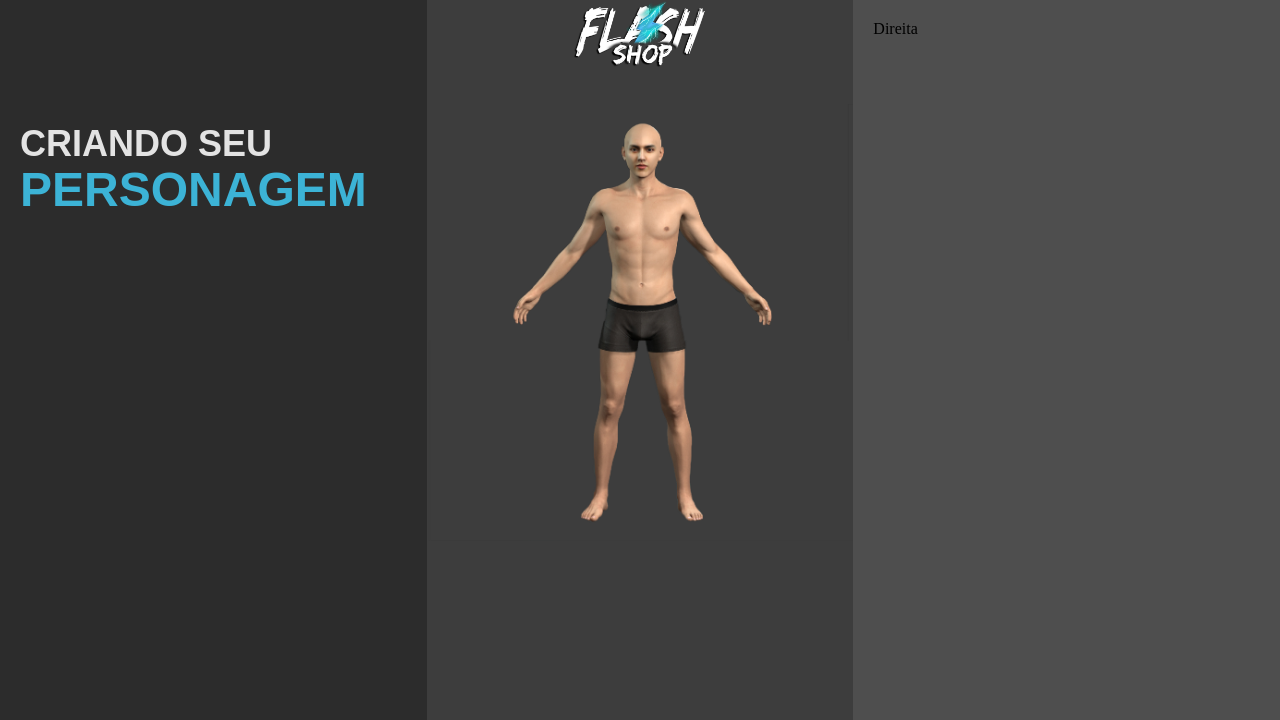
Repository: DuMCorrea/CriandoPerso
Page: index.html
An editor plug-in stored every save of this project. The page is shown before and after the next save, followed by the edit.
The browser window is 1280 px wide. The pictures show the whole page.

Above is the page before, as saved 2024-08-27 20:57:59.

### index.html
<!DOCTYPE html>
<html lang="en">
<head>
    <meta charset="UTF-8">
    <meta name="viewport" content="width=device-width, initial-scale=1.0">
    <title>Dividindo a Tela com Imagens</title>
    <link rel="stylesheet" href="styles.css">
</head>
<body>
    <div class="container">
        <div class="left">
            <h1 class="title">
                <span class="part1">CRIANDO SEU</span>
                <span class="part2">PERSONAGEM</span>
            </h1>
        </div>
        <div class="center">
            <img src="assets/FlashStore 1 (1).png" alt="Imagem 1" class="top-image">
            <img src="assets/boneco 2.png" alt="Imagem 2" class="center-image">
        </div>
        <div class="right">Direita</div>
    </div>
</body>
</html>

### styles.css
body, html {
    margin: 0;
    padding: 0;
    height: 100%;
    display: flex;
    justify-content: center;
    align-items: center;
    background-color: #000; /* Fundo escuro */
}

.container {
    display: flex;
    width: 100%;
    height: 100%;
}

.container > div {
    flex: 1; /* Cada div ocupa 1/3 do espaço disponível */
    height: 100%;
    padding: 20px;
    box-sizing: border-box;
}



/* PARTE ESQUERDA */



.left {
    background-color: #2c2c2c;
    display: flex;
    flex-direction: column;
    justify-content: flex-start;
    align-items: flex-start;
    padding-left: 50px; /* Aumenta a margem esquerda para mover o título mais para a direita */
}

.title {
    margin: 100px 0 0 0; /* Adiciona margem superior para mover o título para baixo */
    padding: 0;
}

.part1 {
    font-family: 'Baloo Bhai', sans-serif;
    font-size: 36px;
    font-weight: 700; /* Aumenta o peso da fonte para deixá-la mais grossa */
    line-height: 48px;
    text-align: left;
    color: #E3E3E3;
    display: block;
    margin-bottom: -10px; /* Reduz a distância entre as duas partes do título */
}

.part2 {
    font-family: 'Baloo Bhai', sans-serif;
    font-size: 48px;
    font-weight: 700; /* Aumenta o peso da fonte para deixá-la mais grossa */
    line-height: 64px;
    text-align: left;
    color: #3CB3D6;
    display: block;
}


/* PARTE CENTRAL */



.center {
    background-color: #3d3d3d; /* Cor de fundo para a div central */
    display: flex;
    flex-direction: column;
    align-items: center;
    justify-content: space-between; /* Distribui o espaço entre as imagens */
}


.top-image {
    max-width: 40%;
    height: auto;
    margin-top: -60px;
}

.center-image {
    max-width: 200%;
    height: auto;
    margin-top: auto; /* Centraliza verticalmente */
    margin-bottom: 200px;
}


/* PARTE DIREITA */



.right {
    background-color: #4e4e4e; /* Cor de fundo para a div direita */
}

After the next save:
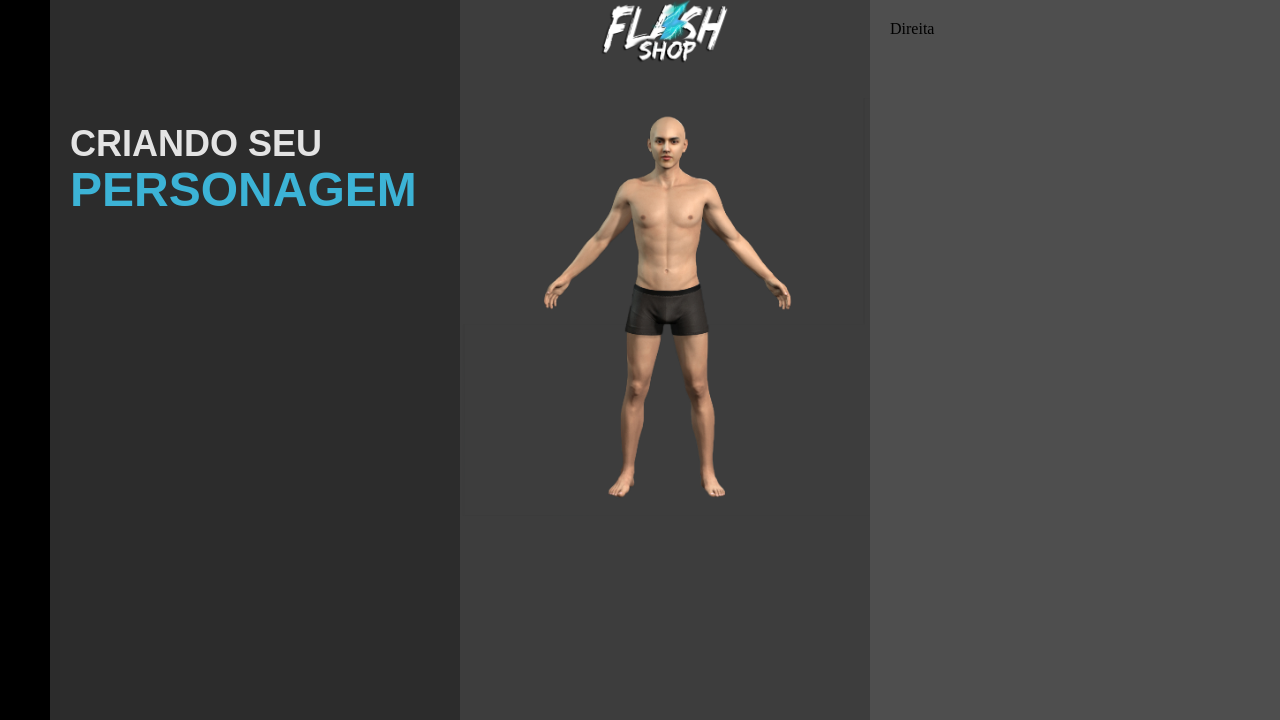
Saved 7 s later.
--- a/styles.css
+++ b/styles.css
@@ -33,7 +33,7 @@
     flex-direction: column;
     justify-content: flex-start;
     align-items: flex-start;
-    padding-left: 50px; /* Aumenta a margem esquerda para mover o título mais para a direita */
+    margin-left: 50px; /* Aumenta a margem esquerda para mover o título mais para a direita */
 }
 
 .title {
